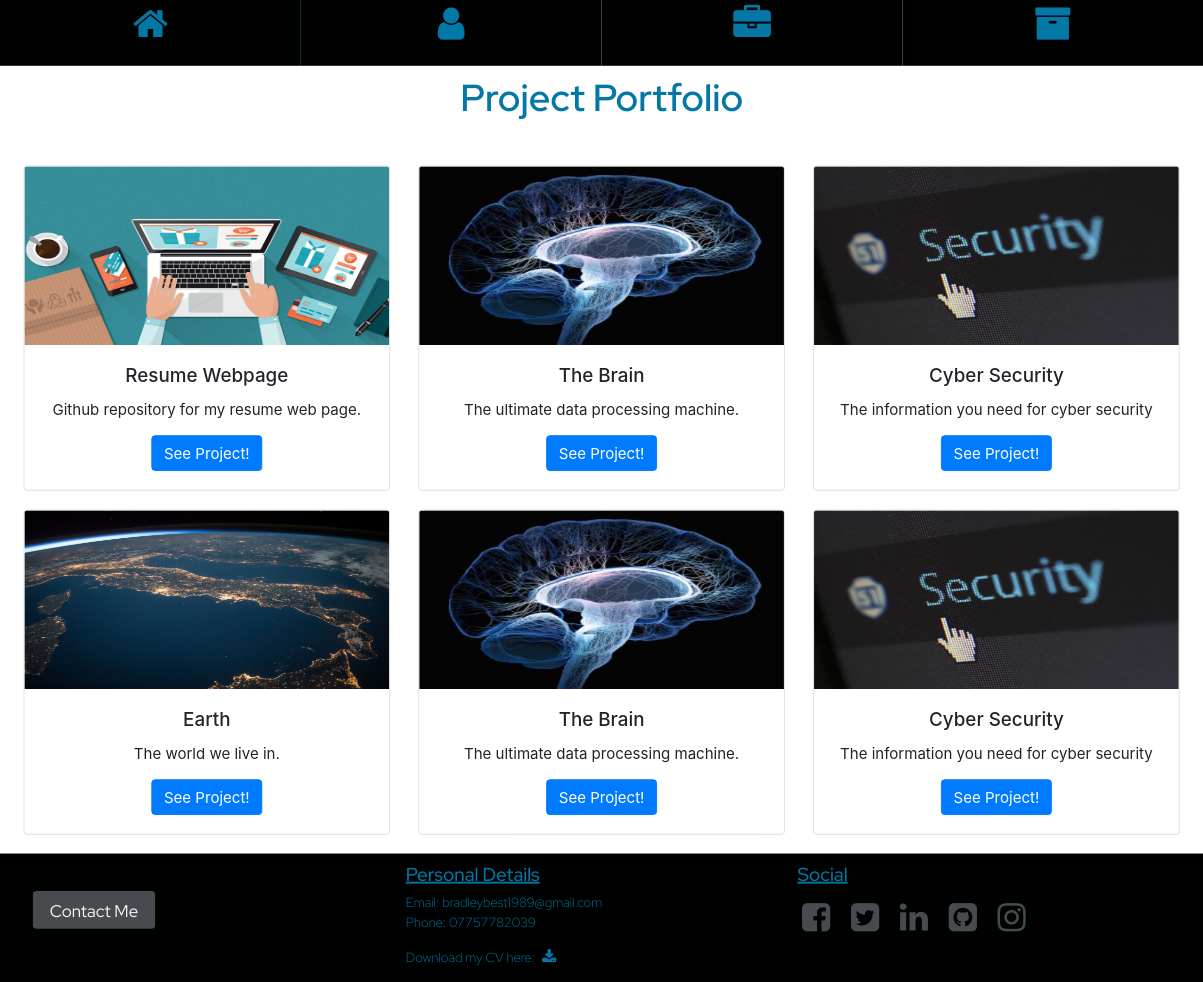
Repository: Brad000/Resume-project
Page: projects.html
The author's editor kept a record of every edit. The page is drawn from the files as they stood at one moment, then again after the next edit.
The browser window is 1280 px wide. The pictures show the whole page, at 94% of full size.

Above is the page before.

### projects.html
<!DOCTYPE html>
<html lang="en">

<head>
    <meta charset="UTF-8">
    <meta name="viewport" content="width=device-width, initial-scale=1.0">
    <meta http-equiv="X-UA-Compatible" content="ie=edge">
    <link rel="stylesheet" href="https://stackpath.bootstrapcdn.com/bootstrap/4.3.1/css/bootstrap.min.css" type="text/css" />
    <link rel="stylesheet" href="https://stackpath.bootstrapcdn.com/font-awesome/4.7.0/css/font-awesome.min.css" type="text/css" />
    <link rel="stylesheet" href="assets/css/style.css" type="text/css" />
    <link rel="stylesheet" href="https://cdnjs.cloudflare.com/ajax/libs/hover.css/2.3.1/css/hover-min.css" type="text/css" />
    <title>Bradley Best - Full Stack Web Developer</title>
</head>
<body>
    <!---------------------------NavBar------------------------------------>

    <header>
        <div class="row no-gutters">
            <div class="col-3 nav-item">
                <i class="fa fa-home"></i>
                <a id="nav-link" href="index.html">
                    <h5 id="nav-text">Home</h5>
                </a>
            </div>
            <div class="col-3 nav-item">
                <i class="fa fa-user"></i>
                <a id="nav-link" href="about-me.html">
                    <h5 id="nav-text">About Me</h5>
                </a>
            </div>
            <div class="col-3 nav-item">
                <i class="fa fa-briefcase"></i>
                <a id="nav-link" href="work-history.html">
                    <h5 id="nav-text">Work History</h5>
                </a>
            </div>
            <div class="col-3 nav-item">
                <i class="fa fa-archive"></i>
                <a id="nav-link" href="projects.html">
                    <h5 id="nav-text">Portfolio</h5>
                </a>
            </div>
        </div>
    </header>

    <!------------------------Project Portfolio------------------------------>

    <div class="row no-gutters">
        <div class="col-12 no-gutters">
            <h2 class="main-headings project-heading">Project Portfolio</h2>
        </div>
    </div>
    <div class="card-deck">
        <div class="card text-center">
            <img src="assets/images/online.png" class="card-img-top" alt="Resume Icon">
            <div class="card-body">
                <h5 class="card-title">Resume Webpage</h5>
                <p class="card-text">Github repository for my resume web page.</p>
                <a href="#" class="btn btn-primary">See Project!</a>
            </div>
        </div>
        <div class="card text-center">
            <img src="assets/images/brain.jpg" class="card-img-top" alt="The Human Brain">
            <div class="card-body">
                <h5 class="card-title">The Brain</h5>
                <p class="card-text">The ultimate data processing machine.</p>
                <a href="#" class="btn btn-primary">See Project!</a>
            </div>
        </div>
        <div class="card text-center">
            <img src="assets/images/cyber.jpg" class="card-img-top" alt="Cyber security logo">
            <div class="card-body">
                <h5 class="card-title">Cyber Security</h5>
                <p class="card-text">The information you need for cyber security</p>
                <a href="#" class="btn btn-primary">See Project!</a>
            </div>
        </div>
    </div>
    <div class="card-deck">
        <div class="card text-center">
            <img src="assets/image/earth.jpg" class="card-img-top" alt="Picture of Planet Earth">
            <div class="card-body">
                <h5 class="card-title">Earth</h5>
                <p class="card-text">The world we live in.</p>
                <a href="#" class="btn btn-primary">See Project!</a>
            </div>
        </div>
        <div class="card text-center">
            <img src="assets/images/brain.jpg" class="card-img-top" alt="The Human Brain">
            <div class="card-body">
                <h5 class="card-title">The Brain</h5>
                <p class="card-text">The ultimate data processing machine.</p>
                <a href="#" class="btn btn-primary">See Project!</a>
            </div>
        </div>
        <div class="card text-center">
            <img src="assets/images/cyber.jpg" class="card-img-top" alt="Cyber security logo">
            <div class="card-body">
                <h5 class="card-title">Cyber Security</h5>
                <p class="card-text">The information you need for cyber security</p>
                <a href="#" class="btn btn-primary">See Project!</a>
            </div>
        </div>
    </div>

    <!---------------------------Footer------------------------------------>

    <footer class="container-fluid">
        <div class="row no-gutters" id="footer-details">
            <div class="col-sm-4">
                <button type="button" class="btn btn-secondary contact-button" data-toggle="modal" data-target="#exampleModal">Contact Me</button>
            </div>
            <div class="col-sm-4 footer-headings">
                <h5 class="sub-headings">Personal Details</h5>
                <div class="key">
                    <p class="personal-info-text">
                        Email: bradleybest1989@gmail.com
                    </p>
                </div>
                <div class="personal-info-text">
                    <p>
                        Phone: 07757782039
                    </p>
                </div>
                <div class="personal-info-text">
                    <p class="cv-text">Download my CV here:
                        <span><a href="assets/cv/CV.pdf" target="_blank" class="cv-pdf"></a>
                        <i class="fa fa-download cv-link" aria-hidden="true"></i>
                        </span>
                    </p>
                </div>
            </div>
            <div class="col-sm-4">
                <h5 class="footer-headings sub-headings">Social</h5>
                <ul class="list-inline">
                    <li class="list-inline-item social-links">
                        <a target="_blank" href="https://www.facebook.com/profile.php?id=100010751790168">
                            <i class="fa fa-facebook-square" aria-hidden="true"></i>
                            <span class="sr-only">Facebook</span>
                        </a>
                    </li>
                    <li class="list-inline-item social-links">
                        <a target="_blank" href="https://twitter.com/BradleyBest28">
                            <i class="fa fa-twitter-square" aria-hidden="true"></i>
                            <span class="sr-only">Twitter</span>
                        </a>
                    </li>
                    <li class="list-inline-item social-links">
                        <a target="_blank" href="https://www.linkedin.com/in/bradley-best-b56072188/">
                            <i class="fa fa-linkedin" aria-hidden="true"></i>
                            <span class="sr-only">Linkedin</span>
                        </a>
                    </li>
                    <li class="list-inline-item social-links">
                        <a target="_blank" href="https://github.com/Brad000/Resume-project">
                            <i class="fa fa-github-square" aria-hidden="true"></i>
                            <span class="sr-only">GitHub</span>
                        </a>
                    </li>
                    <li class="list-inline-item social-links">
                        <a target="_blank" href="https://www.instagram.com/brad_best0/?hl=en">
                            <i class="fa fa-instagram" aria-hidden="true"></i>
                            <span class="sr-only">Instagram</span>
                        </a>
                    </li>
                </ul>
            </div>
        </div>
    </footer>
</body>

</html>

### assets/css/style.css
@import url('https://fonts.googleapis.com/css?family=Red+Hat+Display:100,200,300,400,500,600,700');

/*-------------------Nav----------------------*/

.background {
  height: 100vh;
  width: 100%;
}

.nav-item {
  height: 70px;
  background-color: #000201;
  text-align: center;
  padding: 0;
}

.fa-home,
.fa-user,
.fa-archive,
.fa-briefcase {
  font-size: 25px;
  color: #0378A6;
  padding: 10px;
}

#nav-text {
  font-family: 'Red Hat Display', sans-serif;
  font-size: 12px;
  font-weight: 600;
  color: #0378A6;
  opacity: 1;
  cursor: pointer;
  text-decoration: none;
  transition: opacity 0.5s ease-in-out;
  -moz-transition: opacity 0.5s ease-in-out;
  -webkit-transition: opacity 0.5s ease-in-out;
  -o-transition: opacity 0.5s ease-in-out;
}

#nav-text:hover {
  opacity: 1;
}

#nav-link {
  text-decoration: none;
}

.landing-name {
  position: absolute;
  margin: 0;
  top: 40%;
  left: 50%;
  transform: translate(-50%, -50%);
  color: #fafafa;
  font-family: 'Red Hat Display', sans-serif;
  font-weight: 100;
  font-size: 26px;
}

.landing-text {
  position: absolute;
  top: 50%;
  left: 50%;
  transform: translate(-50%, -50%);
  color: #fafafa;
  font-family: 'Red Hat Display', sans-serif;
  font-weight: 400;
  font-size: 14px;
}


/*-------------------About Me-----------------*/

.about-me-container {
  background-color: #0378A6;
}

.about-me-text {
  padding-left: 15px;
  padding-right: 15px;
  font-family: 'Red Hat Display', sans-serif;
  color: #fafafa;
}

.main-headings {
  padding-top: 10px;
  padding-bottom: 25px;
  text-align: center;
  font-weight: 600;
  font-size: 40px;
}

.headings {
  padding-bottom: 10px;
  font-size: 25px;
  font-weight: 300;
}

.about-me-para {
  padding-bottom: 5px;
  font-size: 16px;
  line-height: 1.8em;
  font-weight: 100;
}

/*-------------------Skills-------------------*/

.skills-container {
  background-color: #fafafa
}

.skills-text {
  font-family: 'Red Hat Display', sans-serif;
  color: #0378a6;
  padding-left: 15px;
  padding-right: 15px;
}

.skills-heading {
  text-align: left;
  color: #0378a6;
  font-size: 25px;
  font-weight: 500;
  padding-top: 10px;
}

.fa-desktop,
.fa-cog,
.fa-book {
  padding-right: 10px;
  font-size: 28px;
}

.skills-para {
  padding-bottom: 30px;
  font-size: 16px;
  line-height: 1.8em;
  font-weight: 400;
}

@keyframes load {
  from {
    width: 0%
  }
}

@-webkit-keyframes load {
  from {
    width: 0%
  }
}

@-moz-keyframes load {
  from {
    width: 0%
  }
}

@-o-keyframes load {
  from {
    width: 0%
  }
}

.bar {
  background-color: #5f6366;
  padding: 0;
  border-radius: 5px;
  margin-bottom: 20px;
  font-size: 14px;
  color: #5f6366;
  font-weight: 300;
  font-family: 'Red Hat Display', sans-serif;
  text-shadow: 1px 1px 1px rgba(0, 0, 0, 0.5);
  margin-left: 20px;
  margin-right: 20px;
}

.bar::before {
  content: attr(data-skill);
  background-color: #04C4D9;
  display: inline-block;
  padding: 5px 0 5px 10px;
  border-radius: inherit;
  animation: load 2s 0s;
  -webkit-animation: load 2s 0s;
  -moz-animation: load 2s 0s;
  -o-animation: load 2s 0s;
}

.bar.front::before {
  background-color: #90ccf4;
}

.bar.back::before {
  background-color: #5da2d5;
}

.bar.learning::before {
  background-color: #f78888;
}

.bar.learning::before {
  width: calc(20% - 10px);
}

.bar.basic::before {
  width: calc(40% - 10px);
}

.bar.intermediate::before {
  width: calc(60% - 10px);
}

.bar.advanced::before {
  width: calc(70% - 10px);
}

.bar.expert::before {
  width: calc(90% - 10px);
}

/*---------------Work History------------------*/

.work-history-container {
  background-color: #fafafa
}

.work-headings {
  font-family: 'Red Hat Display', sans-serif;
  color: #0378a6;
  padding-left: 15px;
  padding-right: 15px;
}

.timeline-item {
  padding: 4em 2em 0em 2em;
  position: relative;
  color: #0378a6;
  border-left: 3px solid;
  margin-left: 30px;
  font-family: 'Red Hat Display', sans-serif;
}

.timeline-item p {
  padding: 0;
  margin: 0;
}

.timeline-item:before {
  content: attr(data-dates);
  position: absolute;
  left: 2.5em;
  top: 3em;
  display: block;
  font-family: 'Red Hat Display', sans-serif;
  font-weight: 500;
  font-size: 0.8em;
  padding: 0;
  margin: 0;
}

.timeline-item:after {
  width: 14px;
  height: 14px;
  display: block;
  top: 2.4em;
  position: absolute;
  left: -8px;
  border-radius: 12px;
  content: ' ';
  background: #0378a6;
}

.history-items {
  margin-bottom: 55px;
}

#work-link {
  color: #0378a6;
}

/*-------------------Why Web-------------------*/

.why-web-container {
  background-color: #0378A6;
}

.why-headings {
  padding-left: 15px;
  padding-right: 15px;
  padding-bottom: 65px;
  font-family: 'Red Hat Display', sans-serif;
  color: #fafafa;
}

.why-para {
  font-family: 'Red Hat Display', sans-serif;
  padding-left: 20px;
  padding-right: 20px;
  padding-bottom: 5px;
  font-size: 18px;
  line-height: 1.9em;
  font-weight: 100;
  color: #fafafa;
}

.quote {
  font-family: 'Red Hat Display', sans-serif;
  font-size: 18px;
  line-height: 1.8em;
  font-weight: 600;
  color: #fafafa;
  padding-bottom: 5px;
  padding-top: 70px;
  padding-left: 20px;
  padding-right: 20px;
}

/*---------------Project Portfolio------------*/

.project-heading {
  font-family: 'Red Hat Display', sans-serif;
  color: #0378A6;
  padding-bottom: 40px;
}

.card-deck {
  margin: 0;
  padding-bottom: 20px;
  padding-left: 10px;
  padding-right: 10px;
}

.card-img-top {
  max-height: 190px;
}

/*-------------------Footer-------------------*/

footer {
  background-color: #000201;
  color: #0378A6;
  min-height: 120px;
  margin: 0;
  font-size: 18px;
  font-family: 'Red Hat Display', sans-serif;
  font-weight: 300;

}

.sub-headings {
  padding-top: 10px;
  text-decoration: underline;
}

.contact-button {
  width: 130px;
  border: 0;
  height: 40px;
  margin-left: 0;
  margin-top: 10px;
  margin-bottom: 10px;
  text-align: center;
  font-size: 18px;
  color: #fafafa;
  background: #474b4f;
  transition: background 0.5s ease-in-out;
  -moz-transition: background 0.5s ease-in-out;
  -webkit-transition: background 0.5s ease-in-out;
  -o-transition: background 0.5s ease-in-out;
}

.contact-button:hover {
  background-color: #04C4D9;
}

.personal-info-text {
  margin: 0;
  font-size: 14px;
  font-weight: 200;
}

.cv-link {
  margin-left: 5px;
  font-size: 16px;
  color: #0378A6;
  transition: color 0.5s ease-in-out;
  -moz-transition: color 0.5s ease-in-out;
  -webkit-transition: color 0.5s ease-in-out;
  -o-transition: color 0.5s ease-in-out;
}

.cv-link:hover {
  color: #025E73;
  cursor: pointer;
}

.social-links a {
  color: #474b4f;
  font-size: 35px;
  padding: 5px;
  transition: color 0.5s ease-in-out;
  -moz-transition: color 0.5s ease-in-out;
  -webkit-transition: color 0.5s ease-in-out;
  -o-transition: color 0.5s ease-in-out;
}

.social-links a:hover {
  color: #04C4D9;
}

/*----------------Media Queries---------------*/

@media(min-width: 575px) {
  .contact-button {
    margin-top: 40px;
    margin-left: 20px;
  }
}

@media(min-width: 575px) {
  .fa-home,
  .fa-user,
  .fa-archive,
  .fa-briefcase {
    font-size: 40px;
    padding: 5px;
  }
}

@media(min-width: 575px) {
  #nav-text {
    opacity: 0;
    font-size: 14px;
  }
}

@media(min-width: 374px) {
  .landing-name {
    font-size: 33px;
  }
  .landing-text {
    font-size: 16px;
  }
}

@media(min-width: 767px) {
  .landing-name {
    font-size: 60px;
    padding-bottom: 15px;
  }
  .landing-text {
    font-size: 30px;
  }
}

@media(min-width: 1024px) {
  .landing-name {
    font-size: 80px;
  }
  .landing-text {
    font-size: 40px;
  }
}

After the next edit:
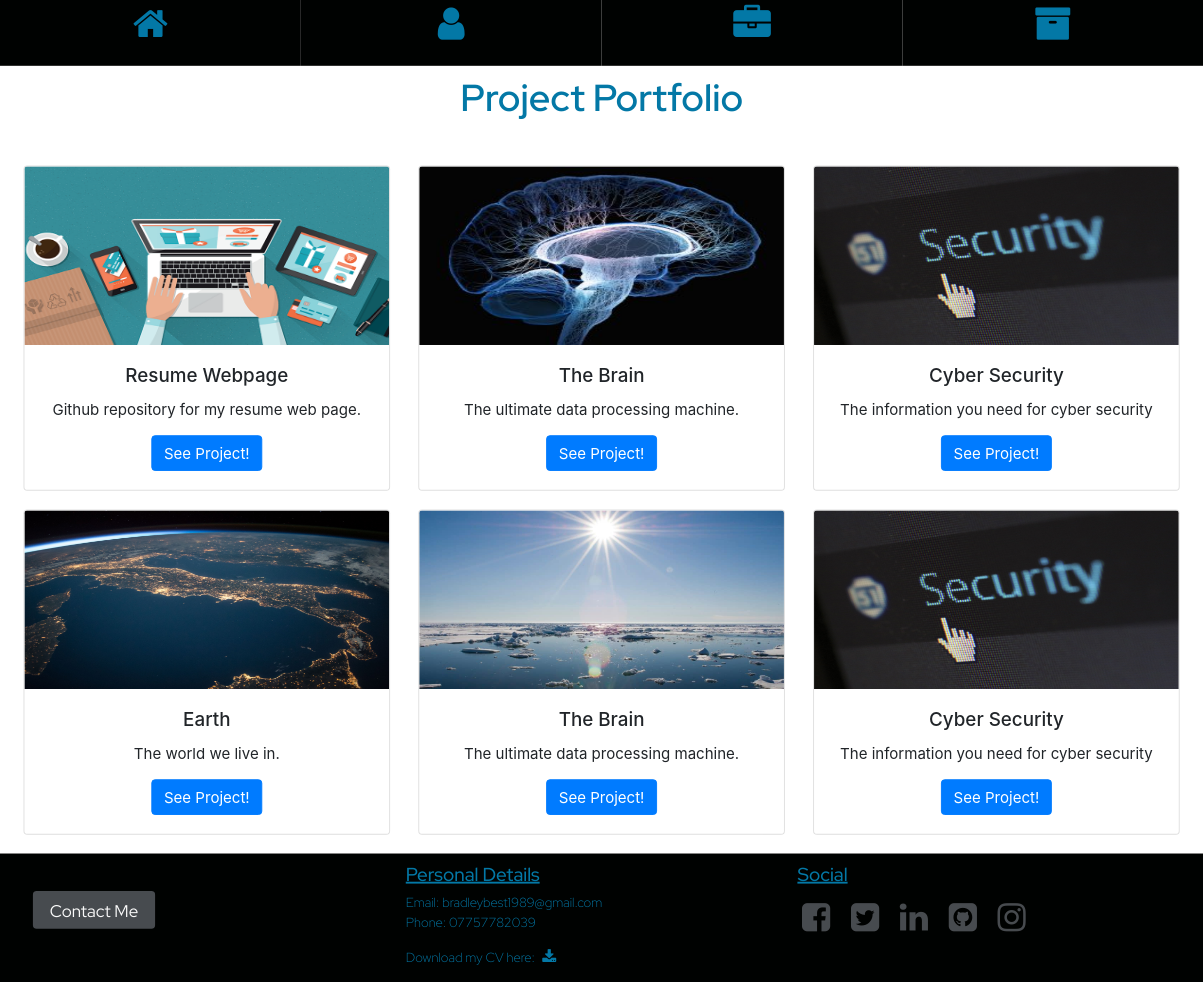
The edit:
--- a/projects.html
+++ b/projects.html
@@ -86,7 +86,7 @@
             </div>
         </div>
         <div class="card text-center">
-            <img src="assets/images/brain.jpg" class="card-img-top" alt="The Human Brain">
+            <img src="assets/images/global-warm.jpg" class="card-img-top" alt="The Human Brain">
             <div class="card-body">
                 <h5 class="card-title">The Brain</h5>
                 <p class="card-text">The ultimate data processing machine.</p>
